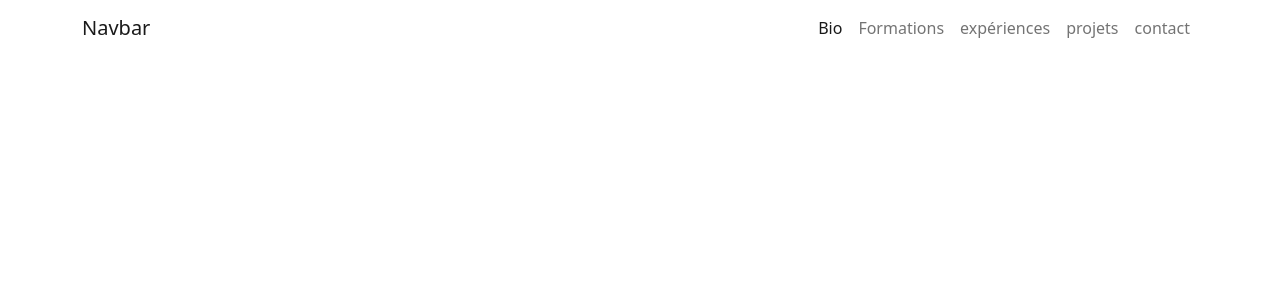
Repository: ypiard85/port-folio-bootstrap-yoann-2021
Page: index.html
An editor plug-in stored every save of this project. The page is shown before and after a run of saves, followed by the edit.
The browser window is 1280 px wide. The pictures show the whole page.

Above is the page before, as saved 2021-03-09 12:07:16.

### index.html
<!DOCTYPE html>
<html lang="en">
<head>
    <meta charset="UTF-8">
    <meta http-equiv="X-UA-Compatible" content="IE=edge">
    <meta name="viewport" content="width=device-width, initial-scale=1.0">
    <!-- CSS only -->
    <link rel="stylesheet" href="./resource/style.css">
<link href="https://cdn.jsdelivr.net/npm/bootstrap@5.0.0-beta2/dist/css/bootstrap.min.css" rel="stylesheet" integrity="sha384-BmbxuPwQa2lc/FVzBcNJ7UAyJxM6wuqIj61tLrc4wSX0szH/Ev+nYRRuWlolflfl" crossorigin="anonymous">
    <title>Document</title>
</head>
<body>

        <nav class="navbar navbar-expand-lg navbar-light">
            <div class="container">
              <a class="navbar-brand" href="#">Navbar</a>
              <button class="navbar-toggler" type="button" data-bs-toggle="collapse" data-bs-target="#navbarNav" aria-controls="navbarNav" aria-expanded="false" aria-label="Toggle navigation">
                <span class="navbar-toggler-icon"></span>
              </button>
              <div class="collapse navbar-collapse" id="navbarNav">
                <ul class="navbar-nav">
                  <li class="nav-item">
                    <a class="nav-link active" aria-current="page" href="#bio">Bio</a>
                  </li>
                  <li class="nav-item">
                    <a class="nav-link" href="#formation">Formations</a>
                  </li>
                  <li class="nav-item">
                    <a class="nav-link" href="#experience">expériences</a>
                  </li>
                  <li class="nav-item">
                    <a class="nav-link" href="#projet">projets</a>
                  </li>
                  <li class="nav-item">
                    <a class="nav-link" href="#contact">contact</a>
                  </li>
                </ul>
              </div>
            </div>
          </nav>


<!-- JavaScript Bundle with Popper -->
<script src="https://cdn.jsdelivr.net/npm/bootstrap@5.0.0-beta2/dist/js/bootstrap.bundle.min.js" integrity="sha384-b5kHyXgcpbZJO/tY9Ul7kGkf1S0CWuKcCD38l8YkeH8z8QjE0GmW1gYU5S9FOnJ0" crossorigin="anonymous"></script>
</body>
</html>

### resource/style.css
.navbar-collapse{
    flex-grow: 0!important;
}

After the next 2 saves:
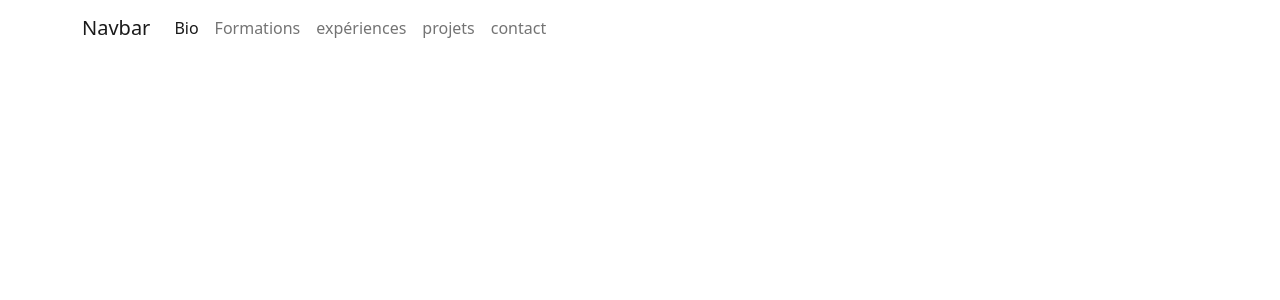
The 2 saves are shown as one change because they came seconds apart.
The last was saved 13 s later.
--- a/resource/style.css
+++ b/resource/style.css
@@ -1,3 +1,3 @@
 .navbar-collapse{
-    flex-grow: 0!important;
+    flex-grow: 1!important;
 }

After the 2 saves that followed:
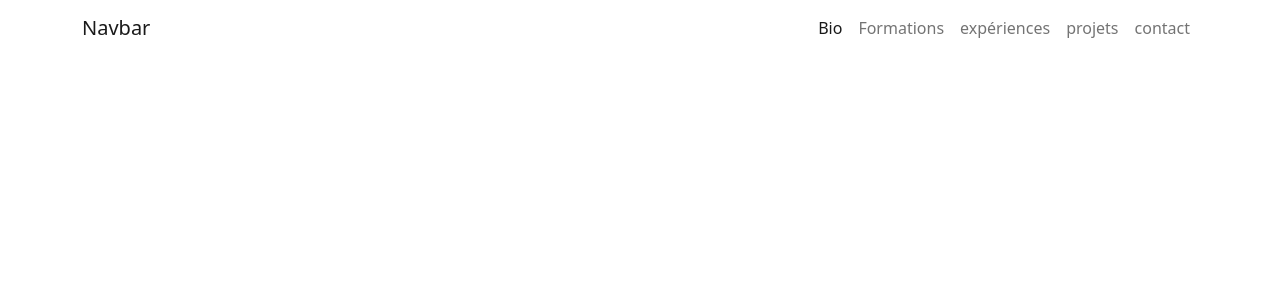
The 2 saves are shown as one change because they came seconds apart.
The last was saved 6 s later.
--- a/resource/style.css
+++ b/resource/style.css
@@ -1,3 +1,3 @@
 .navbar-collapse{
-    flex-grow: 1!important;
+    flex-grow: 0!important;
 }
